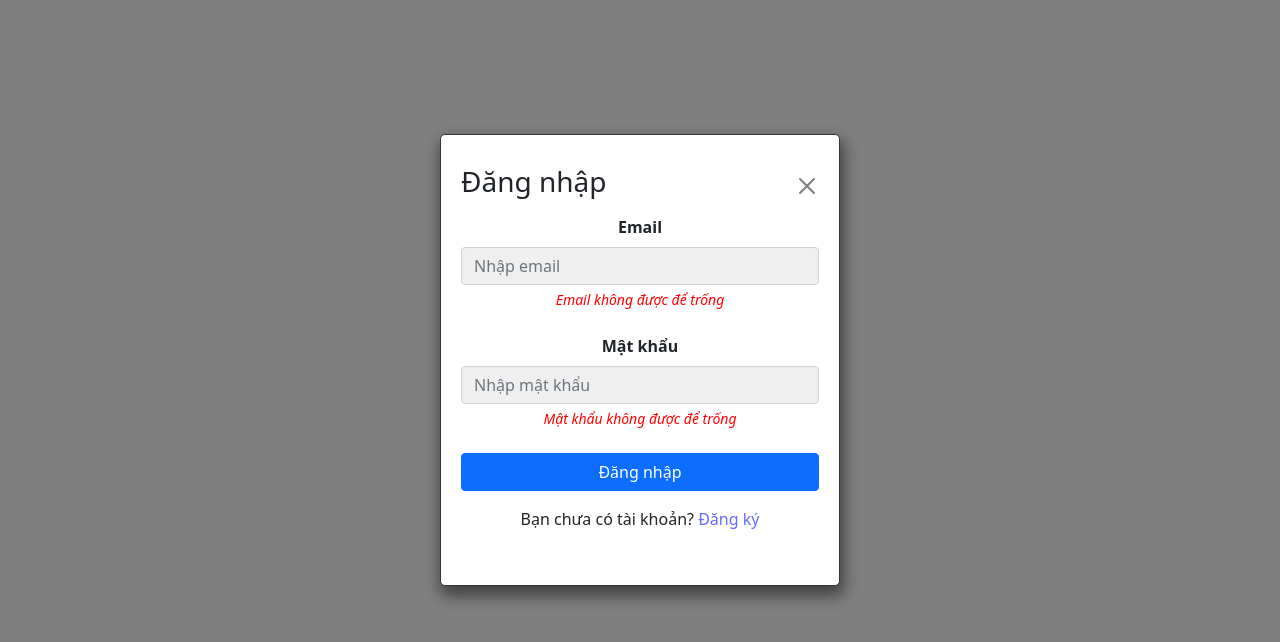
Repository: TinhTT336/MD02_Session12
Page: / (app in client/)
The author's editor kept a copy of each file at every save. The page is drawn from the files as they stood at one save, then again after the next save.
The browser window is 1280 px wide. The pictures show the whole page.
The project was rebuilt for these pictures with package versions that can differ from the ones it lists, and the page was loaded fresh each time. Also part of the build but not shown: client/vite.config.js, client/src/utils/formatData.js, client/src/components/admin/manager-product/FormAdd.jsx, client/src/components/admin/manager-product/FormEdit.jsx, client/src/pages/product/ListProduct.jsx, client/src/components/admin/manager-user/FormAddUser.jsx, client/src/components/admin/manager-user/FormEditUser.jsx, client/src/components/base/loading.css and 2 more.

Above is the page before, as saved 2023-09-12 14:04:40.

### client/index.html
<!DOCTYPE html>
<html lang="en">
  <head>
    <meta charset="UTF-8" />
    <link rel="icon" type="image/svg+xml" href="/vite.svg" />
    <meta name="viewport" content="width=device-width, initial-scale=1.0" />
    <title>Vite + React</title>
    <link
      href="https://cdn.jsdelivr.net/npm/bootstrap@5.0.2/dist/css/bootstrap.min.css"
      rel="stylesheet"
      integrity="sha384-EVSTQN3/azprG1Anm3QDgpJLIm9Nao0Yz1ztcQTwFspd3yD65VohhpuuCOmLASjC"
      crossorigin="anonymous"
    />
    <link
      rel="stylesheet"
      href="https://cdnjs.cloudflare.com/ajax/libs/font-awesome/6.4.2/css/all.min.css"
      integrity="sha512-z3gLpd7yknf1YoNbCzqRKc4qyor8gaKU1qmn+CShxbuBusANI9QpRohGBreCFkKxLhei6S9CQXFEbbKuqLg0DA=="
      crossorigin="anonymous"
      referrerpolicy="no-referrer"
    />
  </head>
  <body>
    <div id="root"></div>
    <script type="module" src="/src/main.jsx"></script>
  </body>
</html>

### client/src/App.jsx
import { useState } from 'react'
import reactLogo from './assets/react.svg'
import viteLogo from '/vite.svg'
import './App.css'
import ListProduct from './pages/product/ListProduct'
import ListUser from './pages/admin/ListUser'
import Login from './pages/user/login/Login'

function App() {
  const [count, setCount] = useState(0)

  return (
    <>
      {/* <ListProduct /> */}
      {/* <ListUser /> */}
      <Login />
    </>
  )
}

export default App

### client/src/pages/user/login/Login.jsx
import React, { useState } from 'react';
import "./login.css";

export default function Login() {
    const [email, setEmail] = useState("");
    const [password, setPassword] = useState("");
    const [emailError, setEmailError] = useState(false);
    const [passwordError, setPasswordError] = useState(false);

    // ham lay du lieu tu o Input
    const handleInputChange = (e) => {
        // lay name va value tu o input
        const { value, name } = e.target;
        // kiem tra name va gan gia tri
        if (name === "email") {
            setEmail(value);
        } else if (name === "password") {
            setPassword(value);
        } else {
            return;
        }
    }

    // ham submit
    const handleSubmit = (e) => {
        e.preventDefault();
        const newUser = {
            email,
            password
        }
        console.log(newUser);
    }

    return (
        <>
            <div className='container-login'>
                <form className='form-login' onSubmit={handleSubmit}>
                    <div className='d-flex justify-content-between align-items-center mb-2'>
                        <h3>Đăng nhập</h3>
                        <div className='btn btn-close'></div>
                    </div>
                    <div className='form-group mb-4'>
                        <label className='form-label' htmlFor="email">Email</label>
                        <input className={`form-control ${emailError && "border-err"}`}
                            type="text" name="email" id="email" placeholder='Nhập email'
                            value={email} onChange={handleInputChange} />
                        <div className='text-err mt-1 '>Email không được để trống</div>
                    </div>
                    <div className='form-group mb-4'>
                        <label className='form-label' htmlFor="password">Mật khẩu</label>
                        <input className={`form-control ${passwordError && "border-err"}`}
                            type="password" name="password" id="password" placeholder='Nhập mật khẩu'
                            value={password} onChange={handleInputChange} />
                        <div className='text-err mt-1 '>Mật khẩu không được để trống</div>
                    </div>
                    <div className='mb-2'>
                        <button className='btn btn-primary w-100'>Đăng nhập</button>
                    </div>
                    <p className='p-2 text-center' >Bạn chưa có tài khoản? <a href='#'>Đăng ký</a> </p>
                </form>
            </div>
        </>
    )
}

### client/src/pages/user/login/login.css
.container-login {
  position: fixed;
  top: 0;
  bottom: 0;
  left: 0;
  right: 0;
  background: rgba(0, 0, 0, 0.5);
  display: flex;
  align-items: center;
  justify-content: center;
}
.form-login {
  padding: 30px 20px;
  border: 1px solid #333;
  width: 400px;
  background-color: #fff;
  border-radius: 5px;
  box-shadow: 2px 8px 16px 2px rgba(0, 0, 0, 0.5);
}
.form-group {
  display: flex;
  flex-direction: column;
}
.form-label {
  font-weight: 600;
}
.text-err {
  color: red;
  font-style: italic;
  font-size: 14px;
}
.text-err.border-err {
  border-color: red;
}

### client/src/components/admin/manager-product/product.css
.product-container {
  position: fixed;
  bottom: 0;
  top: 0;
  right: 0;
  left: 0;
  background: rgba(0, 0, 0, 0.6);
  display: flex;
  align-items: center;
  justify-content: center;
  min-height: 100vh;
}
.form-container {
  width: 400px;
  padding: 20px;
  background-color: #fff;
  border: 1px solid #3333;
  border-radius: 4px;
}
.form-control {
  background-color: #efefef;
}

Loaded but not shown: client/src/main.jsx (common file); client/src/index.css (common file); client/src/App.css (common file)

After the next save:
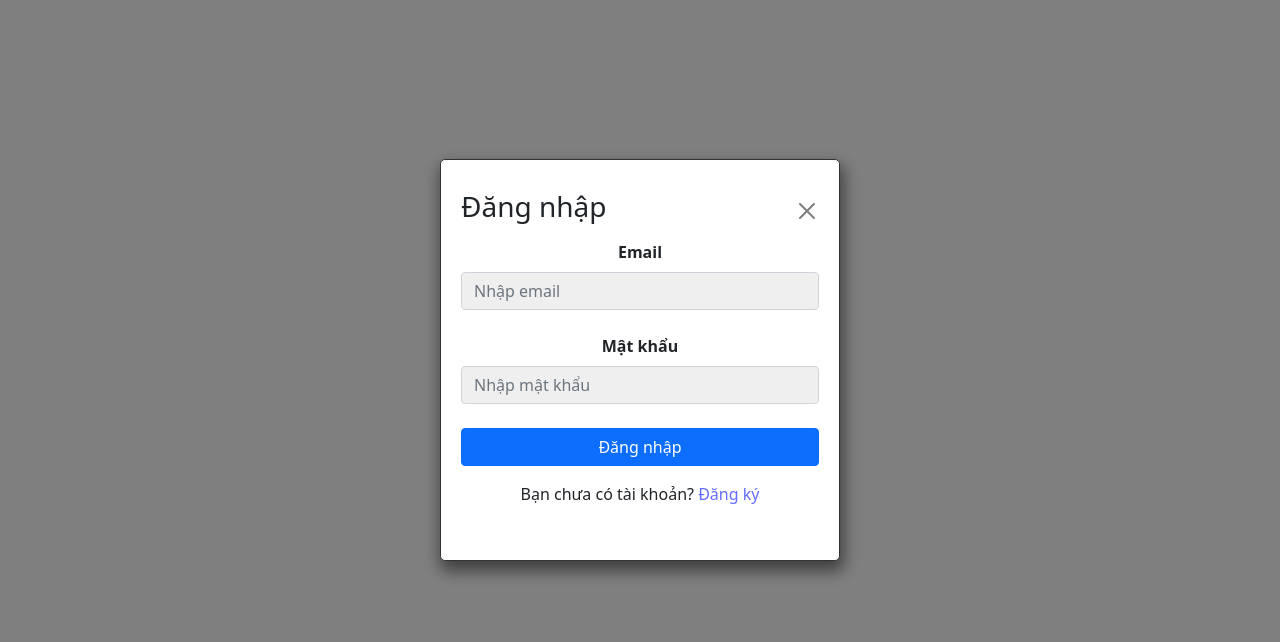
Saved 2 min 13 s later.
--- a/client/src/pages/user/login/Login.jsx
+++ b/client/src/pages/user/login/Login.jsx
@@ -44,14 +44,14 @@ export default function Login() {
                         <input className={`form-control ${emailError && "border-err"}`}
                             type="text" name="email" id="email" placeholder='Nhập email'
                             value={email} onChange={handleInputChange} />
-                        <div className='text-err mt-1 '>Email không được để trống</div>
+                        {emailError && <div className='text-err mt-1  '>Email không được để trống</div>}
                     </div>
                     <div className='form-group mb-4'>
                         <label className='form-label' htmlFor="password">Mật khẩu</label>
                         <input className={`form-control ${passwordError && "border-err"}`}
                             type="password" name="password" id="password" placeholder='Nhập mật khẩu'
                             value={password} onChange={handleInputChange} />
-                        <div className='text-err mt-1 '>Mật khẩu không được để trống</div>
+                        {passwordError && <div className='text-err mt-1 '>Mật khẩu không được để trống</div>}
                     </div>
                     <div className='mb-2'>
                         <button className='btn btn-primary w-100'>Đăng nhập</button>
